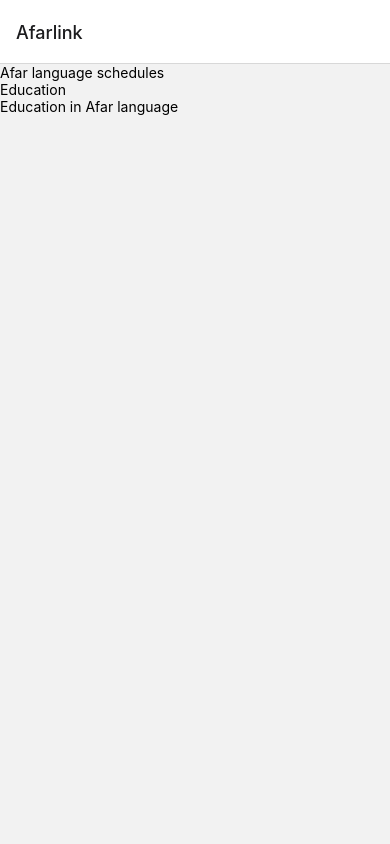
Repository: abdurehmanali611/Assunah_TV
Screen: /Afarlink
An editor plug-in stored every save of this project. The screen is shown before and after the next save, followed by the edit.
The app was drawn by React Native's web renderer in a window 390 px wide. The project was rebuilt for these pictures with package versions that can differ from the ones it lists, and the page was loaded fresh each time. Also part of the build but not shown: Components/Login.js, Components/SignUp.js, Constants/Home.js, Constants/AboutUs.js, Constants/Contacts.js, Constants/AssunahFolder.js, Constants/AssunahKids.js, Constants/AdditionalExtra.js and 29 more.

Above is the screen before, as saved 2023-12-27 00:17:14.

After the next save:
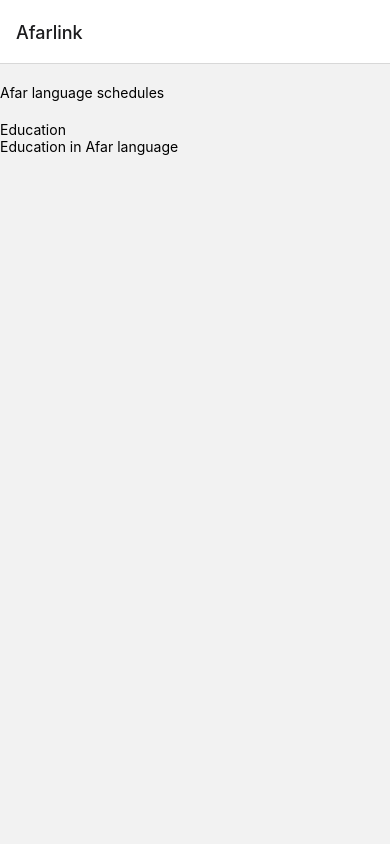
Saved 5 s later.
--- a/Program_Links/Afarlink.js
+++ b/Program_Links/Afarlink.js
@@ -6,7 +6,7 @@
 const Afarlink = () => {
 
     return <View>
-        <Text style = {{}}>Afar language schedules</Text>
+        <Text style = {{marginVertical: 20}}>Afar language schedules</Text>
         <View>
             <Text>Education</Text>
             <View>
